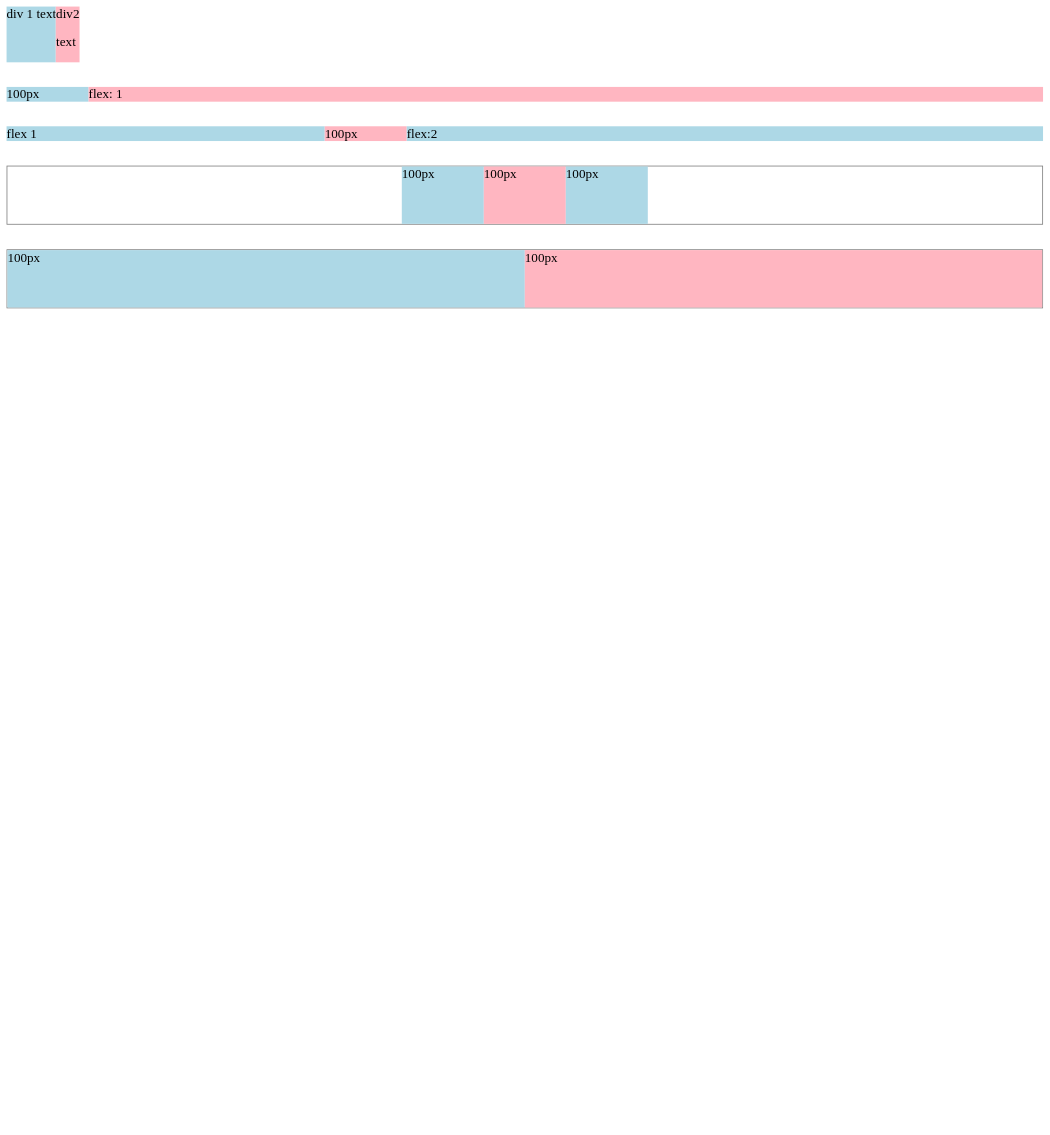
Repository: knowledgeAlan/html-css-twelve
Page: flexbox.html
An editor plug-in stored every save of this project. The page is shown before and after the next save, followed by the edit.
The browser window is 1280 px wide. The pictures show the whole page, at 82% of full size.

Above is the page before, as saved 2024-03-11 17:28:37.

### flexbox.html
<!DOCTYPE html>
<html>
    <head>
        <title>Flexbox Practice</title>
    </head>


    <body style="padding-bottom: 1000px;">

        <div style="
            display: flex;
            flex-direction: row;
            ">

            <div style="background-color: lightblue;">
                div 1 text
            </div>

            <div style="background-color: lightpink;">
                div2 <p>text</p>
            </div>
        </div>


        <div style="
          margin-top: 30px;
          display: flex;
          flex-direction:  row;

        ">

        <div style=" background-color:  lightblue;
            width: 100px;">
            100px

        </div>

        <div style="background-color: lightpink;
            flex: 1;

        ">
        flex: 1
        </div>

        </div>


        <div style=" margin-top: 30px;
            display: flex;
            flex-direction: row;
        ">

        <div style="background-color: lightblue; flex:1">
            flex 1
        </div>

        <div style="background-color: lightpink; width: 100px;">
            100px
        </div>

        <div style="background-color: lightblue; flex:2">
            flex:2
        </div>

        </div>


        <div style="
            margin-top: 30px;
            height: 70px;
            border-width: 1px;
            border-style: solid ;
            border-color: gray ;
            display: flex;
            flex-direction: row;
            justify-content: center;
        ">


        <div style="background-color:  lightblue;
            width: 100px;
        ">
          100px
        </div>


        <div style=" background-color: lightpink;
            width: 100px;
        ">
        100px
        </div>

        <div style="background-color:  lightblue;
            width: 100px;
        ">
            100px
        </div>
        </div>


        <div style="
            margin-top: 30px;
            height: 70px;
            border-width: 1px;
            border-style: solid;
            border-color: gray;

            display: flex;
            flex-direction:  row;
            justify-content: space-between;
        ">

            <div style="background-color: lightblue; flex:1">
                100px
            </div>

            <div style="background-color: lightpink;
                flex: 1;
            ">
                100px
            </div>
        </div>



    </body>
</html>

After the next save:
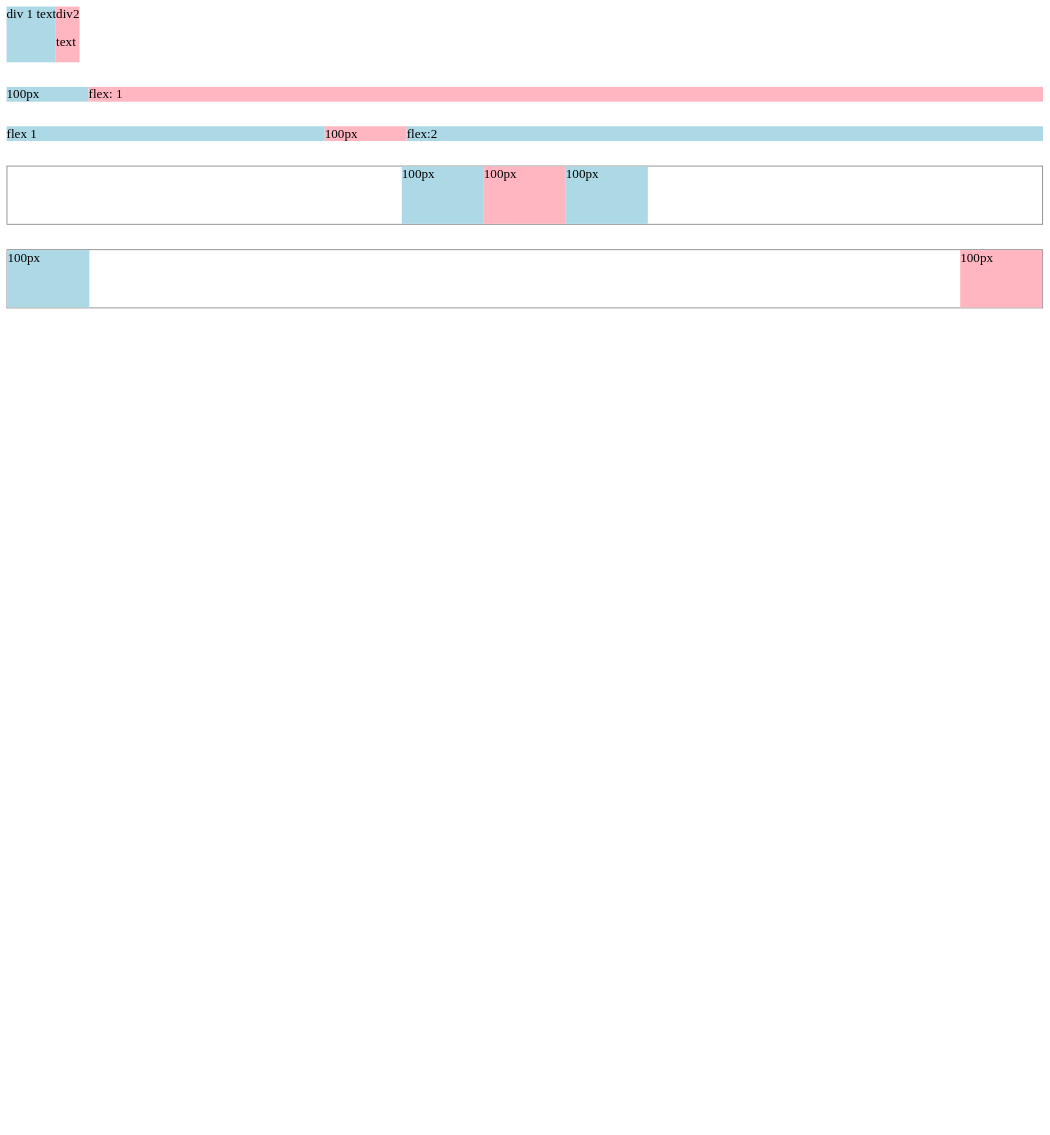
Saved 13 s later.
--- a/flexbox.html
+++ b/flexbox.html
@@ -110,12 +110,12 @@
             justify-content: space-between;
         ">
 
-            <div style="background-color: lightblue; flex:1">
+            <div style="background-color: lightblue; width: 100px;">
                 100px
             </div>
 
             <div style="background-color: lightpink;
-                flex: 1;
+                width: 100px;
             ">
                 100px
             </div>
